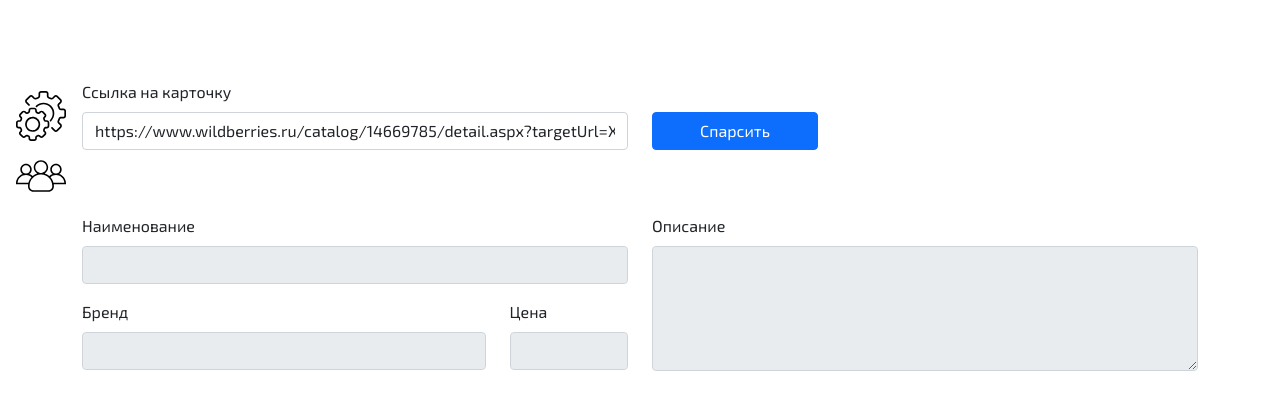
Repository: yozuul/wildberries-product-card-parser-api-exchange
Page: public/panel.html
The author's editor kept a copy of each file at every save. The page is drawn from the files as they stood at one save, then again after the next save.
The browser window is 1280 px wide. The pictures show the whole page.

Above is the page before, as saved 2021-08-22 12:36:17.

After the next save:
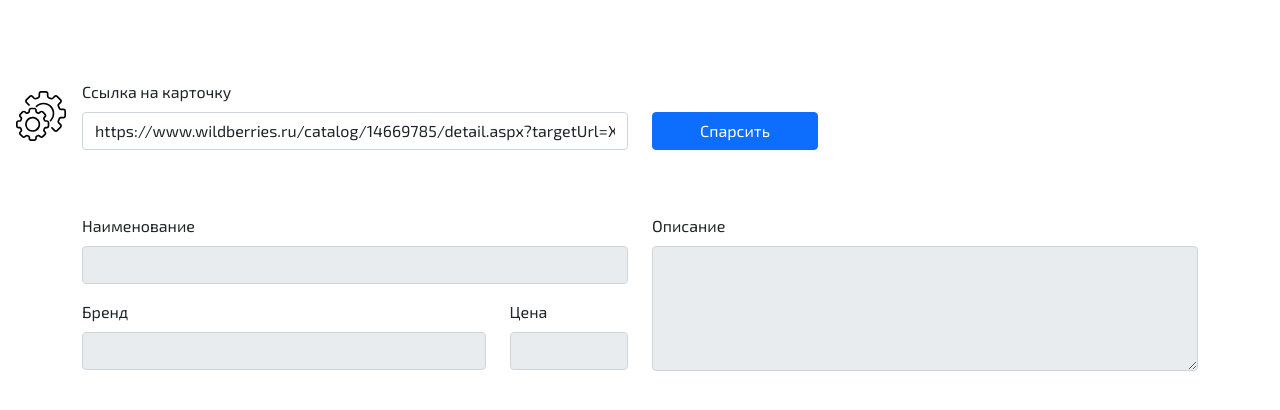
Saved 21 s later.
--- a/public/panel.html
+++ b/public/panel.html
@@ -16,9 +16,9 @@
       <button type="button" class="btn_my mb-6" data-bs-toggle="modal" data-bs-target="#settings"><img
             src="images/settings.svg" width="50" height="50">
       </button>
-      <button type="button" class="btn_my mt-2" data-bs-toggle="modal" data-bs-target="#users"><img
+      <!-- <button type="button" class="btn_my mt-2" data-bs-toggle="modal" data-bs-target="#users"><img
             src="images/users.svg" width="50" height="50">
-      </button>
+      </button> -->
    </div>
    <div class="modal fade" id="users" tabindex="-1" aria-labelledby="settingsLabel" aria-hidden="true">
       <div class="modal-dialog">
